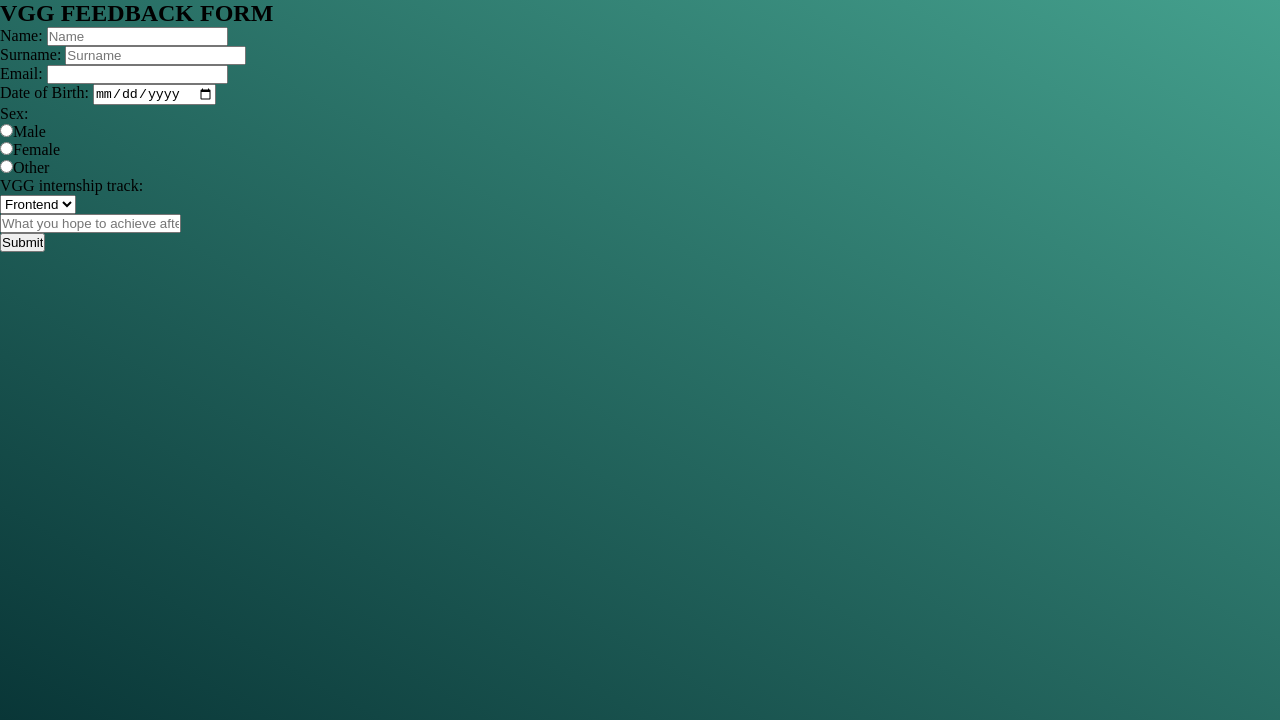
Repository: iphyokafor/VGG-Feedback-form
Page: index.html
An editor plug-in stored every save of this project. The page is shown before and after the next save, followed by the edit.
The browser window is 1280 px wide. The pictures show the whole page.

Above is the page before, as saved 2020-01-12 20:47:58.

### index.html
<!DOCTYPE html>
<html lang="en">

<head>
    <meta charset="UTF-8">
    <meta name="viewport" content="width=device-width, initial-scale=1.0">
    <meta http-equiv="X-UA-Compatible" content="ie=edge">
    <title>VGG Feedback Form</title>
    <link rel="stylesheet" href="./style.css">
</head>

<body>
    <div>
        <form class="container">
            <h2>VGG FEEDBACK FORM</h2>
            Name: <input type="text" placeholder="Name"><br> Surname: <input type="text" placeholder="Surname"><br> Email: <input type="email" required><br> Date of Birth: <input type="date" name="Date of Birth"><br> Sex:
            <br>
            <input type="radio" name="gender">Male<br>
            <input type="radio" name="gender">Female<br>
            <input type="radio" name="gender">Other<br> VGG internship track: <br>
            <select>
              <option value="Frontend">Frontend</option>
              <option value="Backend">Backend</option>
              <option value="UI/UX">UI/UX</option>
              <option value="DevOps">DevOps</option>
            </select><br>
            <input type="message" name="message" placeholder="What you hope to achieve after the internship"><br>
            <input type="submit" value="Submit">
        </form>
    </div>
</body>

</html>

### style.css
* {
    margin: 0;
    padding: 0;
    box-sizing: border-box;
}

body {
    background: linear-gradient(to right top, #093637, #44A08D);
    background-repeat: no-repeat;
    height: 100vh;
}


/* .container {
    box-sizing: border-box;
    box-shadow: 4px 5px 5px solid black;
} */

form {
    /* margin: auto;
    padding: 20px; */
}

After the next save:
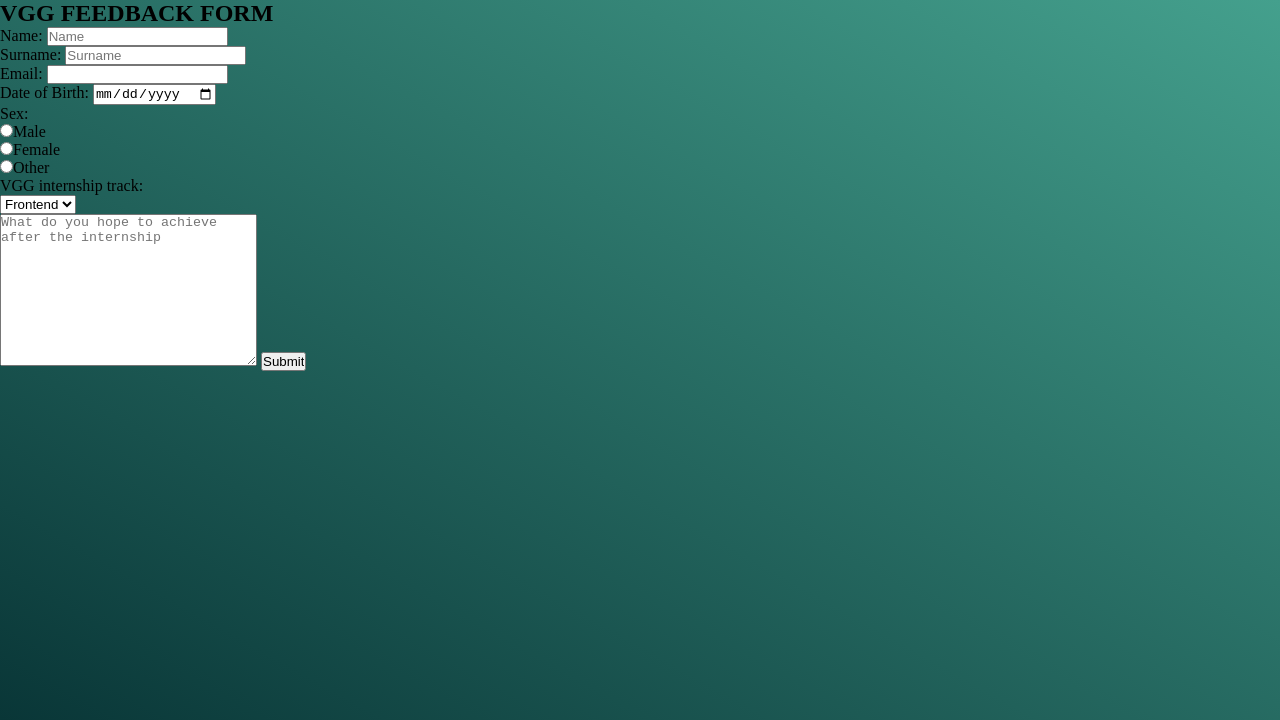
Saved 50 min 24 s later.
--- a/index.html
+++ b/index.html
@@ -24,7 +24,7 @@
               <option value="UI/UX">UI/UX</option>
               <option value="DevOps">DevOps</option>
             </select><br>
-            <input type="message" name="message" placeholder="What you hope to achieve after the internship"><br>
+            <textarea name="message" id="message" placeholder="What do you hope to achieve after the internship" cols="30" rows="10"></textarea>
             <input type="submit" value="Submit">
         </form>
     </div>
